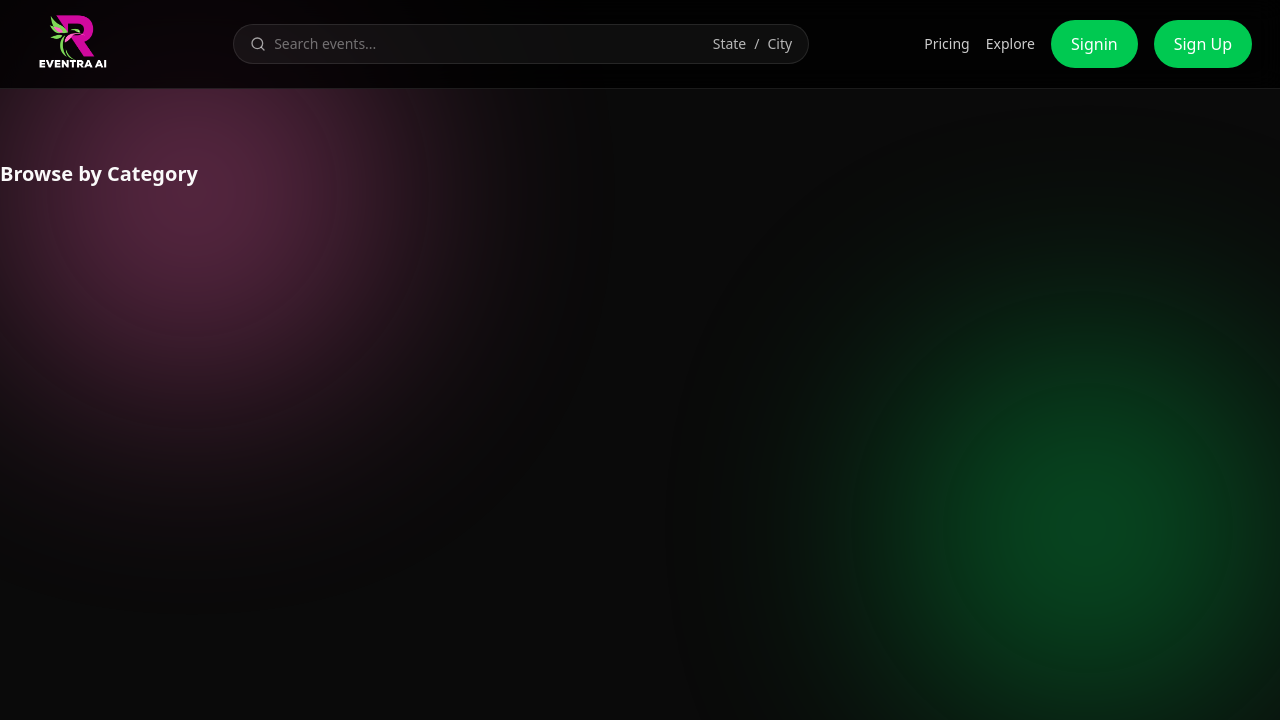
Repository: walaa-horani/AIEventNext.jsLinkedIn
Page: /explore
These files come from the project's save history. The page is drawn as it stood at one moment and after the next save; the edit follows.
The browser window is 1280 px wide. The pictures show the whole page.
The page's requests for data from a server got no answer. The project was rebuilt for these pictures with package versions that can differ from the ones it lists, and the page was loaded fresh each time. Some packages were replaced by stand-ins written for this rebuild. The framework's server and built-in components were replaced by stand-ins that run in the browser. No one was signed in, and anything a server would have sent is missing. Also part of the build but not shown: next.config.ts, components/ui/card.tsx, app/components/EventCard.tsx, app/components/FeaturedEvents.tsx, lib/location.ts, app/components/NearbyEvents.tsx, app/components/PopularEvents.tsx, app/components/FeaturedCarouesel.tsx. Imported but missing from the stored project, and not drawn on this page: components/ui/carousel.

Above is the page before, as saved 2025-12-14 15:23:03.

After the next save:
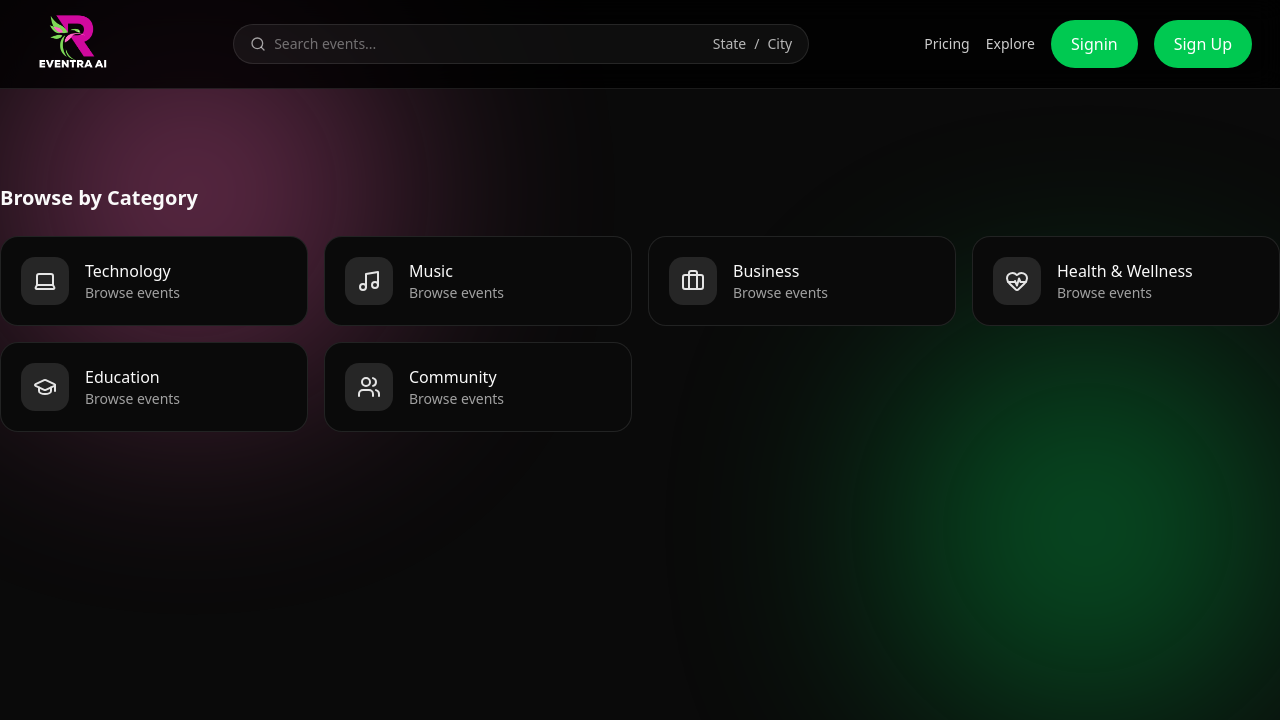
Saved 2 min 51 s later.
--- a/app/components/CategoriesEvent.tsx
+++ b/app/components/CategoriesEvent.tsx
@@ -1,10 +1,42 @@
+import { CATEGORIES } from '@/lib/data'
+import { Icon } from 'lucide-react'
+import Link from 'next/link'
 import React from 'react'
 
 function CategoriesEvent() {
   return (
     <section className='space-y-6'>
 
-    <h2 className="text-xl font-semibold">Browse by Category</h2>
+    <h2 className="text-xl font-semibold my-6">Browse by Category</h2>
+    <div className='grid grid-cols-1 sm:grid-cols-2 lg:grid-cols-4 gap-4'>
+
+        {CATEGORIES.map((category)=> {
+             const Icon = category.icon
+             return (
+                <Link
+                  key={category.id}
+                  href={`/explore/${category.id}`}
+                  className="group"
+                >
+                  <div className="flex items-center gap-4 rounded-2xl border bg-background p-5 hover:shadow-lg transition-all duration-300">
+
+                    {/* Icon */}
+                    <div className="flex h-12 w-12 items-center justify-center rounded-xl bg-muted group-hover:bg-primary/10 transition">
+                      <Icon className="h-6 w-6 text-primary" />
+                    </div>
+
+                    {/* Text */}
+                    <div className="flex-1">
+                      <p className="font-medium">{category.label}</p>
+                      <p className="text-sm text-muted-foreground">
+                        Browse events
+                      </p>
+                    </div>
+                  </div>
+                </Link>
+              )
+            })}
+    </div>
     </section>
   )
 }
